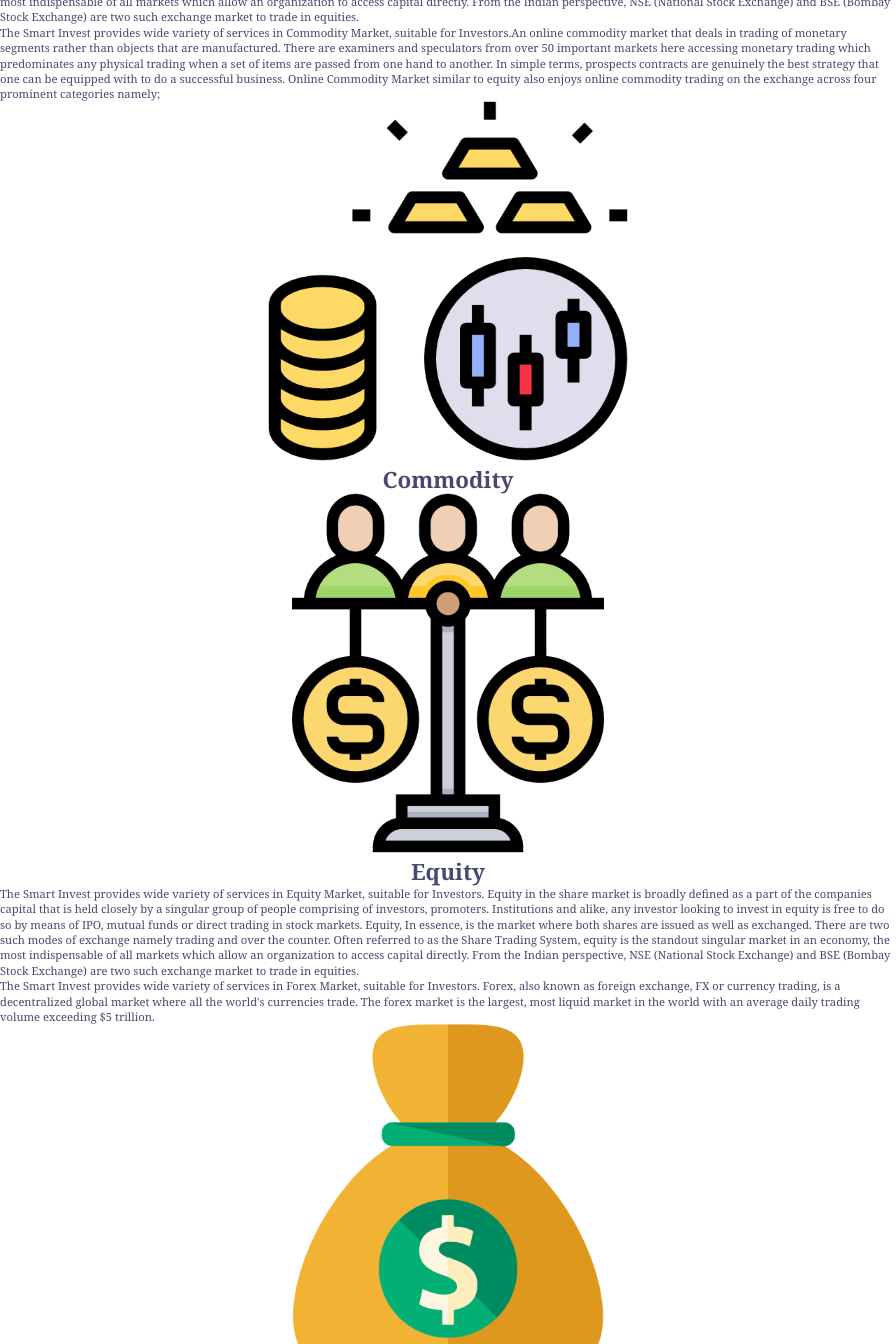
Repository: Demonster1999/Invest-Mart-new
Page: services.html
An editor plug-in stored every save of this project. The page is shown before and after the next save, followed by the edit.
The browser window is 1280 px wide. The pictures show the part of the page from y = 1309 to 3229 px (the page is 3332 px tall), at 70% of full size.
Some web libraries are served in a nearby version.

Above is the page before, as saved 2020-05-01 21:44:22.
Console error: TypeError: Failed to execute 'addEventListener' on 'EventTarget': parameter 2 is not of type 'Object'.

### services.html
<!doctype html>
<html lang="en">

<head>
  <!-- Required meta tags -->
  <meta charset="utf-8">
  <meta name="viewport" content="width=device-width, initial-scale=1, shrink-to-fit=no">

  <!-- Material Design for Bootstrap fonts and icons -->
  <link rel="stylesheet" href="https://fonts.googleapis.com/css?family=Roboto:300,400,500,700|Material+Icons">

  <!-- Material Design for Bootstrap CSS -->
  <link rel="stylesheet"
    href="https://unpkg.com/bootstrap-material-design@4.1.1/dist/css/bootstrap-material-design.min.css"
    integrity="sha384-wXznGJNEXNG1NFsbm0ugrLFMQPWswR3lds2VeinahP8N0zJw9VWSopbjv2x7WCvX" crossorigin="anonymous">

    <link rel="stylesheet" href="static/css/custom.css">
  <title>Services: Invest-Smart</title>
</head>

<body style="color:#484971 ; font-family :Georgia, 'Times New Roman', Times, serif ;" onload="window.addEventListener('load', fadeEffect);">
  <!-- preloader start -->
<div class="preloader" style="opacity: 1;">
  <img src="static/imgs/preloaderspin.svg" class="filler-green" alt="spinner">
</div>
  <!-- preloader end  -->

  <!-- nav start -->

  <nav class="navbar navbar-expand-lg fixed-top   text-center   ">
     <a class="navbar-brand" href="#">
       <img src="static/imgs/smartlogo.png"  height = "50"
         class="d-inline-block align-top" alt="">

     </a>
  <button class="navbar-toggler" type="button" data-toggle="collapse" data-target="#navbarSupportedContent"
    aria-controls="navbarSupportedContent" aria-expanded="false" aria-label="Toggle navigation">
    <span class="navbar-toggler-icon material-icons">menu</span>
  </button>

    <div class="collapse navbar-collapse justify-content-end  " id="navbarSupportedContent">
      <ul class="navbar-nav ">
        <li class="nav-item active mx-2 p-2">
          <a class="nav-link2" href="index.html">Home <span class="sr-only">(current)</span></a>
        </li>

        <li class="nav-item mx-2  p-2">
          <a href="About.html" class="nav-link2">About</a>
        </li>
        <li class="nav-item mx-2 p-2"><a href="services.html" class="nav-link2 ">Services</a></li>
        <li class="nav-item mx-2 p-2"><a href="Account.html" class="nav-link2">Account</a></li>
        <li class="nav-item mx-2 p-2"><a href="pricing.html" class="nav-link2">Pricing</a> </li>
        <li class="nav-item mx-2 p-2">
          <a class="nav-link2 " href="kyc.html">KYC</a>
        </li>
        <li class="nav-item mx-2 p-2 dropdown">
          <a class="nav-link2 dropdown-toggle" href="#" id="navbarDropdown" role="button" data-toggle="dropdown"
            aria-haspopup="true" aria-expanded="false">
            More
          </a>
          <div class="dropdown-menu" style= "background-color : rgba(255,255,255,0.45)" aria-labelledby="navbarDropdown">
            <a class="dropdown-item" href="#">Live Market</a>
            <div class="dropdown-divider"></div>
            <a class="dropdown-item" href="#">Trade</a>
            <div class="dropdown-divider"></div>
            <a class="dropdown-item" href="#">Portfolio</a>
            <div class="dropdown-divider"></div>
            <a class="dropdown-item" href="#">My Profile</a>
          </div>
        </li>

      </ul>

    </div>
  </nav>

  <!--  services Banner  -->

  <div class="top-wrapper p-5 text-center ">

    <h1 >
      Our Services
    </h1>

  </div>

  <!-- services Provided
   -->
   <div class="services container-fluid pt-5 mt-5">
     <div class="row">
      <div class="col-md-6">
       <center>
        <img src="static/imgs/icons/equity.png" class="img-fluid m-2 p-2" width="40%" alt="">
        <h1 class=" p-2 m-2"> Equity </h1>
       </center>


       </div>
       <div class="col-md-6 p-5">
<p class="p-2 m-2 blockquote">
  The Smart Invest provides wide variety of services in Equity Market, suitable for Investors. Equity in the share
  market
  is broadly defined as a part of the companies capital that is held closely by a singular group of people comprising
  of
  investors, promoters. Institutions and alike, any investor looking to invest in equity is free to do so by means of
  IPO,
  mutual funds or direct trading in stock markets. Equity, In essence, is the market where both shares are issued as
  well
  as exchanged. There are two such modes of exchange namely trading and over the counter. Often referred to as the Share
  Trading System, equity is the standout singular market in an economy, the most indispensable of all markets which
  allow
  an organization to access capital directly. From the Indian perspective, NSE (National Stock Exchange) and BSE (Bombay
  Stock Exchange) are two such exchange market to trade in equities.
</p>
       </div>


     </div>
   </div>
      <div class="services container-fluid pt-5 mt-5" style="background-color: #fff;">
        <div class="row">

          <div class="col-md-6 p-5">
            <p class="p-2 m-2 blockquote">
              The Smart Invest provides wide variety of services in Commodity Market, suitable for Investors.An online commodity
              market that deals in trading of monetary segments rather than objects that are manufactured. There are examiners and
              speculators from over 50 important markets here accessing monetary trading which predominates any physical trading when
              a set of items are passed from one hand to another. In simple terms, prospects contracts are genuinely the best strategy
              that one can be equipped with to do a successful business. Online Commodity Market similar to equity also enjoys online
              commodity trading on the exchange across four prominent categories namely;
            </p>
          </div>
              <div class="col-md-6">
                <center>
                  <img src="static/imgs/icons/stock.png" class="img-fluid m-2 p-2" width="40%" alt="">
                  <h1 class=" p-2 m-2"> Commodity </h1>
                </center>


              </div>

        </div>
      </div>

        <div class="services container-fluid pt-5 mt-5">
          <div class="row">
            <div class="col-md-6">
              <center>
                <img src="static/imgs/icons/equity.png" class="img-fluid m-2 p-2" width="40%" alt="">
                <h1 class=" p-2 m-2"> Equity </h1>
              </center>


            </div>
            <div class="col-md-6 p-5">
              <p class="p-2 m-2 blockquote">
                The Smart Invest provides wide variety of services in Equity Market, suitable for Investors. Equity in the share
                market
                is broadly defined as a part of the companies capital that is held closely by a singular group of people
                comprising
                of
                investors, promoters. Institutions and alike, any investor looking to invest in equity is free to do so by means
                of
                IPO,
                mutual funds or direct trading in stock markets. Equity, In essence, is the market where both shares are issued
                as
                well
                as exchanged. There are two such modes of exchange namely trading and over the counter. Often referred to as the
                Share
                Trading System, equity is the standout singular market in an economy, the most indispensable of all markets
                which
                allow
                an organization to access capital directly. From the Indian perspective, NSE (National Stock Exchange) and BSE
                (Bombay
                Stock Exchange) are two such exchange market to trade in equities.
              </p>
            </div>


          </div>
        </div>
        <div class="services container-fluid pt-5 mt-5" style="background-color: #fff;">
          <div class="row">

            <div class="col-md-6 p-5">
              <p class="p-2 m-2 blockquote">
                The Smart Invest provides wide variety of services in Forex Market, suitable for Investors. Forex, also
                known as foreign exchange, FX or currency trading, is a decentralized global market where all the
                world's currencies trade. The forex market is the largest, most liquid market in the world with an
                average daily trading volume exceeding $5 trillion.
              </p>
            </div>
            <div class="col-md-6">
              <center>
                <img src="static/imgs/icons/money.png" class="img-fluid m-2 p-2" width="40%" alt="">
                <h1 class=" p-2 m-2"> Forex </h1>
              </center>


            </div>

          </div>
        </div>






    <script src="https://code.jquery.com/jquery-3.2.1.slim.min.js"
    integrity="sha384-KJ3o2DKtIkvYIK3UENzmM7KCkRr/rE9/Qpg6aAZGJwFDMVNA/GpGFF93hXpG5KkN"
    crossorigin="anonymous"></script>
  <script src="https://unpkg.com/popper.js@1.12.6/dist/umd/popper.js"
    integrity="sha384-fA23ZRQ3G/J53mElWqVJEGJzU0sTs+SvzG8fXVWP+kJQ1lwFAOkcUOysnlKJC33U"
    crossorigin="anonymous"></script>
  <script src="https://unpkg.com/bootstrap-material-design@4.1.1/dist/js/bootstrap-material-design.js"
    integrity="sha384-CauSuKpEqAFajSpkdjv3z9t8E7RlpJ1UP0lKM/+NdtSarroVKu069AlsRPKkFBz9"
    crossorigin="anonymous"></script>
  <script>$(document).ready(function () { $('body').bootstrapMaterialDesign(); });</script>
  <script>
    const preloader = document.querySelector('.preloader');
    const fadeEffect = setInterval(() => {
      // if we don't set opacity 1 in CSS, then
      // it will be equaled to "" -- that's why
      // we check it, and if so, set opacity to 1
      if (!preloader.style.opacity) {
        preloader.style.opacity = 1;
      }
      if (preloader.style.opacity > 0) {
        preloader.style.opacity -= 0.1;
        preloader.classList.add("loaded");
      } else {
        clearInterval(fadeEffect);
      }

    }, 100);



  </script>
</body>

</html>

### static/css/custom.css
* {
  margin: 0;
  padding: 0;
}

.overlay {
  position: fixed;
  top: 0;
  left: 0;
  width: 100%;
  height: 100%;
  z-index: 1000;
}

html,
body {
  height: 100%;
}

body::-webkit-scrollbar {
  width: 0;

}
/* Nav Style  */
.navbar{
  background-color: rgba(255,255,255,0.45);
}

a.nav-link2{
  font-weight: bolder;
  font-size: 20px;
  color:#484971;

  width:5%;
  transition: .5s;
}
 a.nav-link2:hover{
 color: hsl(351, 69%, 58%);
  font-weight: 900;
   font-size: 25px;

 width:100%;

}
.nav-item a.nav-link:active {
   color: hsl(351, 69%, 58%);
   font-weight: 900;
   font-size: 25px;
   border-bottom: solid #de4a61;
   width: 100%;

 }

 /* nav Styles End  */

/* Picture Caption Hover Effect  */
.container2 {
  position: relative;
  width: 50%;
}

.image {
  display: block;
  width: 100%;
  height: auto;
}

.overlay {
  position: absolute;
  bottom: 0;
  left: 0;
  right: 0;
  background-color: #fff;
  overflow: hidden;
  width: 100%;
  height: 0;
  transition: .5s ease;
}

.container2:hover .overlay {
  height: 100%;
}

.text {
  color: #484971;
  font-size: 15px;
  font-weight: bold;
  position: absolute;
  top: 50%;
  left: 50%;
  -webkit-transform: translate(-50%, -50%);
  -ms-transform: translate(-50%, -50%);
  transform: translate(-50%, -50%);
  text-align: justify;
}
/* Picture Caption hover Effect end  */

.carousel-inner {
  width: 100%;


}

/* main page Carousel */
.carousel-item img {
  opacity: 0.2;
  width: 100%;
  height : 640px;
  object-fit: cover;
}

/* carosel Caption for main page  */
.carousel-caption {
  position : absolute;
  text-align: center;
  top : 30%;
  position:absolute;
  z-index: 30px;

}

/* Position of Join us button and hover */
.pos {
  position: absolute;
  z-index: 60px;
  bottom : 0;
  right: 0;
  font-size: 25px;

}
.pos:hover{
     border: 1px solid #888;
    }


    /* preloader effect */
.preloader {
  align-items: center;
  background: #fff;
  display: flex;
  height: 100vh;
  justify-content: center;
  left: 0;
  position: fixed;
  top: 0;
  transition: opacity 0.3s linear;
  width: 100%;
  z-index: 9999;
  opacity: 1;
  transform: opacity 1s linear;


}
 .filter-green {
   fill: red;

 }
.preloader.loaded {

  display: none;
}

    /* preloader  */


    /* Top wrapper  */
.top-wrapper{
 width : 100%;
 height : 320px;
  background-color: #fff;

}
.top-wrapper h1{
  position: relative;
  color: #8C001A;
  top : 50%;
  filter: blur(1px);
  font-family: cursive;
}

.ourteam{
width:100%;
filter: blur(2px);
opacity: 0.5;

}

.ourteam-text2 {

  color: #484971;
  font-size: 20px;
  font-weight: 500;
  text-align: justify;
  font-family: Cambria,
    Cochin,
    Georgia,
    Times,
    'Times New Roman',
    serif;
}

.ourteam + h1{
  position: absolute;
  top: 40%;
  left : 20%;
  text-align: center;
  color: #8C001A;
  border-bottom: 5px #97cc5e solid;
  border-top: 5px #97cc5e solid;

}


.ourteam-text{

color:#484971;
font-size: 20px ;
font-weight: 500;
text-align: justify;
font-family: Cambria,
Cochin,
Georgia,
Times,
'Times New Roman',
serif;
}


.employee
{
 width: 100%;
 height : 640px;
 filter: drop-shadow(3px);

}

.employee + h1 {
  position: absolute;
  top: 50%;
  color: #fff;

}
@media only screen and (min-width: 768px){


.ourteam + h1 {
  position: absolute;
  top: 40%;
  left: 25%;
  text-align: center;
  font-size: 100px;
  font-family: cursive;
  z-index: 10px;

}

.ourteam-text {

  position: relative;
  top : 25%;
  font-size: xx-large;
}




}

After the next save:
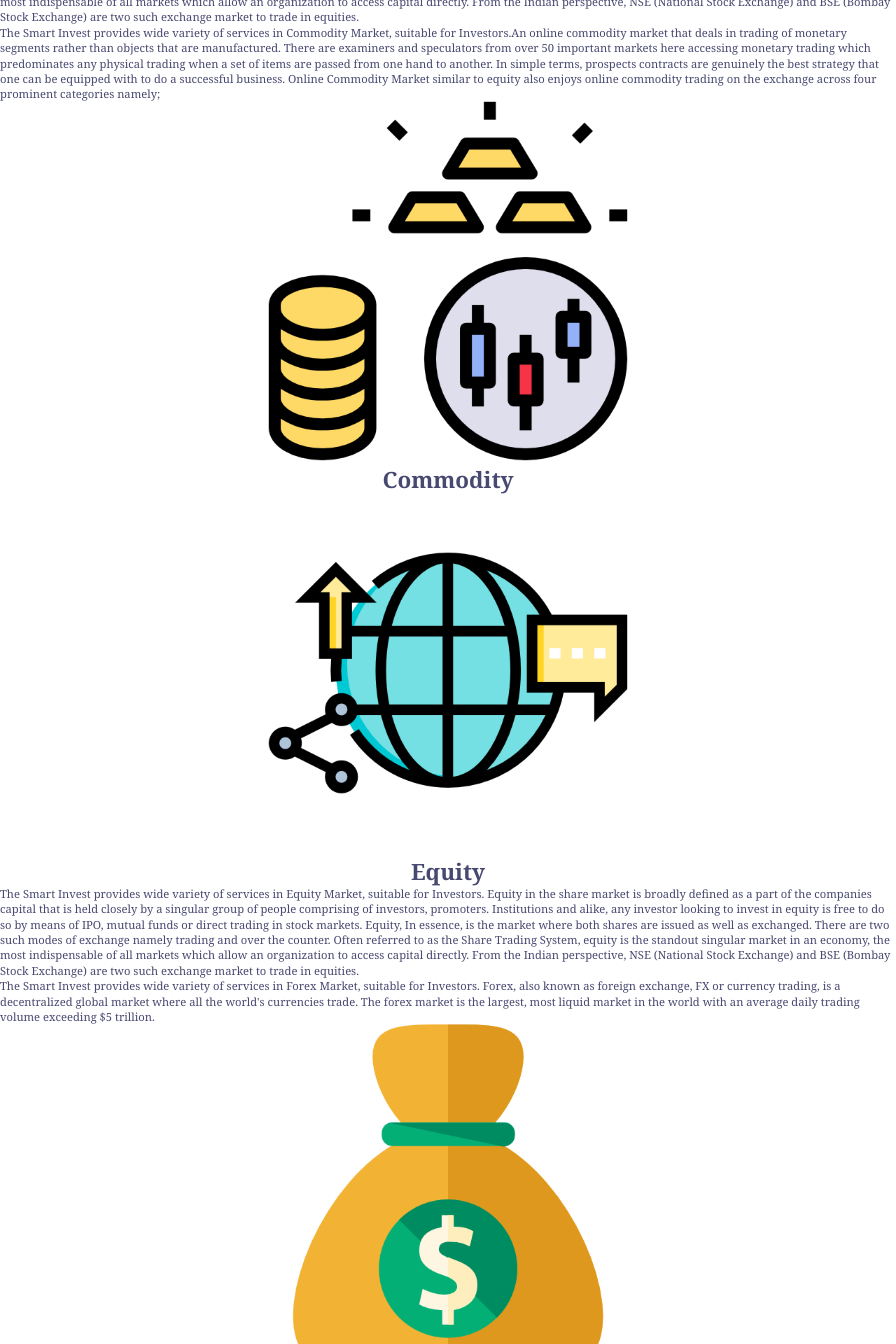
Saved 32 s later.
--- a/services.html
+++ b/services.html
@@ -146,7 +146,7 @@
           <div class="row">
             <div class="col-md-6">
               <center>
-                <img src="static/imgs/icons/equity.png" class="img-fluid m-2 p-2" width="40%" alt="">
+                <img src="static/imgs/icons/trend.png" class="img-fluid m-2 p-2" width="40%" alt="">
                 <h1 class=" p-2 m-2"> Equity </h1>
               </center>
 
